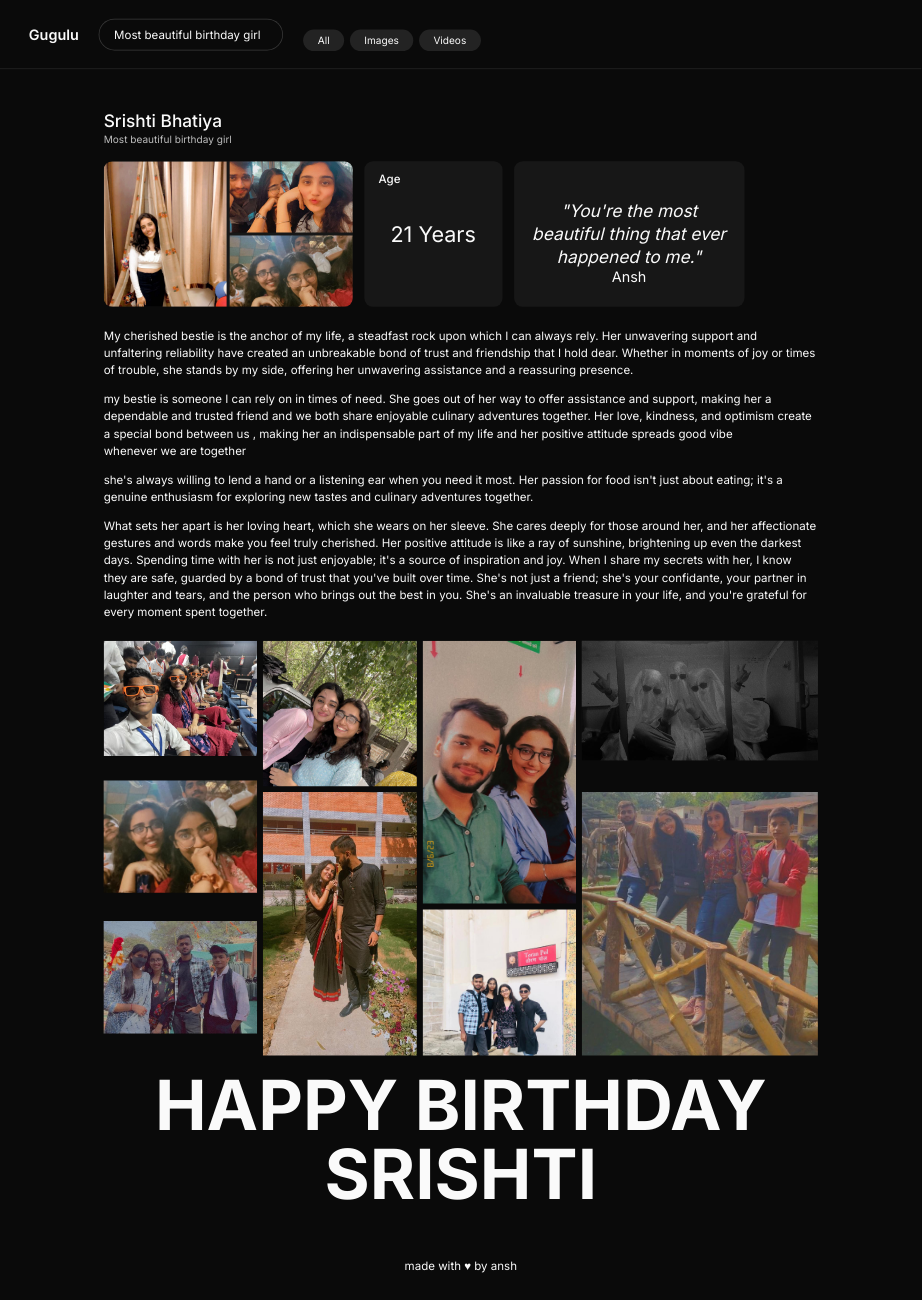
Repository: Harshgoel17/anshfinal
Page: /srishti
These files come from the project's save history. The page is drawn as it stood at one moment and after the next save; the edit follows.
The browser window is 1280 px wide. The pictures show the whole page, at 72% of full size.
The project was rebuilt for these pictures with package versions that can differ from the ones it lists, and the page was loaded fresh each time. The framework's server and built-in components were replaced by stand-ins that run in the browser. Also part of the build but not shown: next.config.js, lib/utils.js, components/ui/button.jsx.

Above is the page before, as saved 2023-10-06 18:12:47.

### app/layout.js
import "./globals.css";
import { Inter } from "next/font/google";

const inter = Inter({ subsets: ["latin"] });

export const metadata = {
  title: "Gugulu",
  description: "Generated by create next app",
};

export default function RootLayout({ children }) {
  return (
    <html lang="en">
      <body className={inter.className}>{children}</body>
    </html>
  );
}

### app/srishti/page.jsx
import Gallery from '@/components/Gallery'
import HappyBirthday from '@/components/HappyBirthday'
import Navbar from '@/components/Navbar'
import { Button } from '@/components/ui/button'
import React from 'react'

const page = () => {



  return (
    <div className='overflow-x-hidden'>
        <Navbar />
        <div className='py-8 lg:py-14 px-6 lg:px-36 gap-5 flex flex-col'>
            <div>
                <h1 className='text-2xl font-medium'>Srishti Bhatiya</h1>
                <p className='text-sm opacity-75'>Most beautiful birthday girl</p>
            </div>

            <div className='flex flex-col lg:flex-row items-center gap-4'>
                <div className='bg-neutral-900 w-[90vw] lg:w-[27vw] h-[28vh]  rounded-xl flex gap-1 overflow-hidden'>
                    <span className=' w-[50%] h-full relative overflow-hidden'>
                        <img src="images/84.jpg" alt="" className='absolute' />
                    </span>

                    <div className='flex flex-col gap-1 w-[50%] h-full overflow-hidden'>
                        <span className=' h-[50%] w-full relative overflow-hidden'>
                            <img src="images/71.jpg" alt="" className='absolute scale-[1.4]' />
                        </span>
                        <span className=' h-[50%] w-full relative overflow-hidden'>
                            <img src="images/33.jpg" alt="" className='absolute scale-[1.4]' />
                        </span>
                    </div>
                </div>

                <div className='bg-neutral-900 w-[92vw] lg:w-[15vw] lg:h-[28vh] h-[18vh]  rounded-xl flex gap-1 overflow-hidden items-center justify-center text-center px-5 lg:text-3xl text-2xl relative'>
                    <p className='absolute text-base top-3 left-5 font-medium'>Age</p>
                    <p>
                    21 Years
                    </p>
                </div>

                <div className='bg-neutral-900 lg:w-[25vw] h-[28vh]  rounded-xl flex gap-1 overflow-hidden items-center justify-center text-center px-5  relative'>
                        <p className='text-xl '><span className='italic text-2xl'>"You're the most beautiful thing that ever happened to me."</span>  <br /><span className='absolute bottom-7 left-[50%] translate-x-[-50%]'>
                        Ansh</span></p>
                </div>
            </div>

            <div className='text-lol py-2 flex flex-col gap-4'>
                <p>
                My cherished bestie is the anchor of my life, a steadfast rock upon which I can always rely. Her unwavering support and unfaltering reliability have created an unbreakable bond of trust and friendship that I hold dear. Whether in moments of joy or times of trouble, she stands by my side, offering her unwavering assistance and a reassuring presence.


                </p>

                <p>
                my bestie is someone I can rely on in times of need. She goes out of her way to offer assistance and support, making her a dependable and trusted friend and we both share enjoyable culinary adventures together. Her love, kindness, and optimism create a special bond between us , making her an indispensable part of my life and her positive attitude spreads good vibe whenever we are together


                </p>

                <p>
                she's always willing to lend a hand or a listening ear when you need it most. Her passion for food isn't just about eating; it's a genuine enthusiasm for exploring new tastes and culinary adventures together.



                </p>

                <p>
                What sets her apart is her loving heart, which she wears on her sleeve. She cares deeply for those around her, and her affectionate gestures and words make you feel truly cherished. Her positive attitude is like a ray of sunshine, brightening up even the darkest days. Spending time with her is not just enjoyable; it's a source of inspiration and joy.
When I share my secrets with her, I know they are safe, guarded by a bond of trust that you've built over time. She's not just a friend; she's your confidante, your partner in laughter and tears, and the person who brings out the best in you. She's an invaluable treasure in your life, and you're grateful for every moment spent together.
                </p>
            </div>

            <Gallery />

            <HappyBirthday />




            <div className='mt-12 mb-[-20px] text-center'>
                made with ♥ by ansh
            </div>
        </div>
    </div>
  )
}

export default page

### app/globals.css
@tailwind base;
@tailwind components;
@tailwind utilities;

@layer base {
  :root {
    --background: 0 0% 3.9%;
    --foreground: 0 0% 98%;

    --card: 0 0% 3.9%;
    --card-foreground: 0 0% 98%;

    --popover: 0 0% 3.9%;
    --popover-foreground: 0 0% 98%;

    --primary: 0 0% 98%;
    --primary-foreground: 0 0% 9%;

    --secondary: 0 0% 14.9%;
    --secondary-foreground: 0 0% 98%;

    --muted: 0 0% 14.9%;
    --muted-foreground: 0 0% 63.9%;

    --accent: 0 0% 14.9%;
    --accent-foreground: 0 0% 98%;

    --destructive: 0 62.8% 30.6%;
    --destructive-foreground: 0 0% 98%;

    --border: 0 0% 14.9%;
    --input: 0 0% 14.9%;
    --ring: 0 0% 83.1%;
  }

  .dark {
    --background: 0 0% 3.9%;
    --foreground: 0 0% 98%;

    --card: 0 0% 3.9%;
    --card-foreground: 0 0% 98%;

    --popover: 0 0% 3.9%;
    --popover-foreground: 0 0% 98%;

    --primary: 0 0% 98%;
    --primary-foreground: 0 0% 9%;

    --secondary: 0 0% 14.9%;
    --secondary-foreground: 0 0% 98%;

    --muted: 0 0% 14.9%;
    --muted-foreground: 0 0% 63.9%;

    --accent: 0 0% 14.9%;
    --accent-foreground: 0 0% 98%;

    --destructive: 0 62.8% 30.6%;
    --destructive-foreground: 0 0% 98%;

    --border: 0 0% 14.9%;
    --input: 0 0% 14.9%;
    --ring: 0 0% 83.1%;
  }
}

@layer base {
  * {
    @apply border-border;
  }
  body {
    @apply bg-background text-foreground;
  }
}

### components/Gallery.jsx
import React from 'react'

const Gallery = () => {
  return (
    <div className='h-[80vh] max-h-[80vh] flex gap-2'>
        <div className='grid grid-cols-3 gap-2 h-full  w-full flex-[2]  '>
            <div className='flex flex-col h-full w-full  gap-2'>
                <span className=' w-full h-full relative overflow-hidden'>
                    <img src="/images/34.jpg" alt="" className='absolute'/>
                </span>
                <span className=' w-full h-full relative overflow-hidden'>
                    <img src="/images/33.jpg" alt="" className='absolute scale-[1.6]'/>
                </span>
                <span className=' w-full h-full relative overflow-hidden'>
                    <img src="/images/25.jpg" alt="" className='absolute scale-[1.7]'/>
                </span>
            </div>

            <div className='flex flex-col h-full w-full  gap-2'>
                <span className=' w-full h-full flex-1 relative overflow-hidden'>
                    <img src="/images/79.jpg" alt="" className='absolute '/>
                </span>

                <span className=' w-full h-full flex-[1.8] relative overflow-hidden'>
                    <img src="/images/50.jpg" alt="" className='absolute '/>
                </span>
            </div>

            <div className='flex flex-col h-full w-full  gap-2'>
                <span className=' w-full h-full flex-[1.8] relative overflow-hidden'>
                    <img src="/images/89.jpg" alt="" className='absolute '/>
                </span>
                <span className=' w-full h-full flex-1 relative overflow-hidden'>
                    <img src="/images/36.jpg" alt="" className='absolute '/>
                </span>

            </div>


        </div>

        <div className='flex h-full flex-col w-full flex-1 gap-2  '>
            <span className=' w-full h-full flex-1 relative overflow-hidden'>
                    <img src="/images/13.jpg" alt="" className='absolute scale-[1.13]'/>
                </span>

                <span className=' w-full h-full flex-[1.8] relative overflow-hidden'>
                    <img src="/images/38.jpg" alt="" className='absolute translate-y-[-230px]'/>
                </span>
        </div>
    </div>
  )
}

export default Gallery

### components/HappyBirthday.jsx
import React from 'react'

const HappyBirthday = () => {
  return (
    <div className='text-8xl font-bold text-center'>
        HAPPY BIRTHDAY <span>SRISHTI</span>
    </div>
  )
}

export default HappyBirthday

### components/Navbar.jsx
import React from 'react'
import { Button } from "@/components/ui/button";

const Navbar = () => {
  return (
    <div className='flex h-32 lg:h-24 w-screen items-center justify-between border-b px-2 lg:px-10'>
        <div className='lg:flex-row flex-col lg:flex gap-7 items-center'>
            <h1 className='text-xl font-semibold hidden lg:block'>Gugulu</h1>
            <input type="text" className="bg-background border border-foreground/20 rounded-full h-11 w-[96vw] lg:w-[20vw] px-5" value={'Most beautiful birthday girl'}/>

            <div className='flex items-center justify-center mt-4 gap-2 text-sm'>
                <a href='/srishti' className='rounded-full bg-foreground/10 px-5 py-[5px] cursor-pointer'>All</a>
                <a href='/srishti/images' className='rounded-full bg-foreground/10 px-5 py-[5px] cursor-pointer'>Images</a>
                <a href='/srishti/videos' className='rounded-full bg-foreground/10 px-5 py-[5px] cursor-pointer'>Videos</a>
                {/*  */}
            </div>
        </div>
        {/* <div className='flex items-center gap-6'>
            <Button variant="outline" className="rounded-xl" >Sign In</Button>
        </div> */}
    </div>
  )
}

export default Navbar

Loaded but not shown: tailwind.config.js (common file)

After the next save:
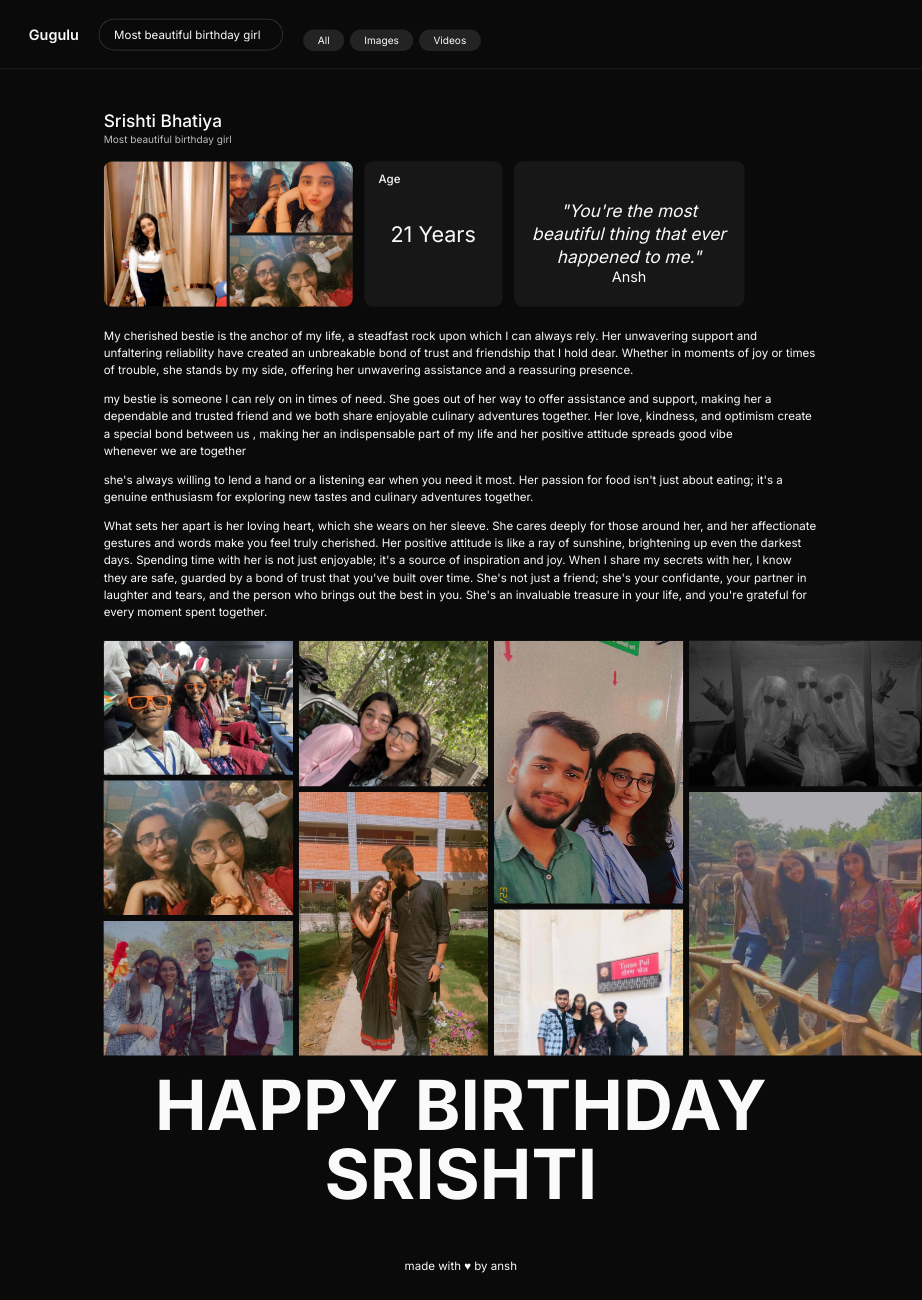
Saved 46 s later.
--- a/components/Gallery.jsx
+++ b/components/Gallery.jsx
@@ -2,7 +2,7 @@
 
 const Gallery = () => {
   return (
-    <div className='h-[80vh] max-h-[80vh] flex gap-2'>
+    <div className='h-[80vh] max-h-[80vh] w-[95vw] flex gap-2'>
         <div className='grid grid-cols-3 gap-2 h-full  w-full flex-[2]  '>
             <div className='flex flex-col h-full w-full  gap-2'>
                 <span className=' w-full h-full relative overflow-hidden'>

After the save that followed:
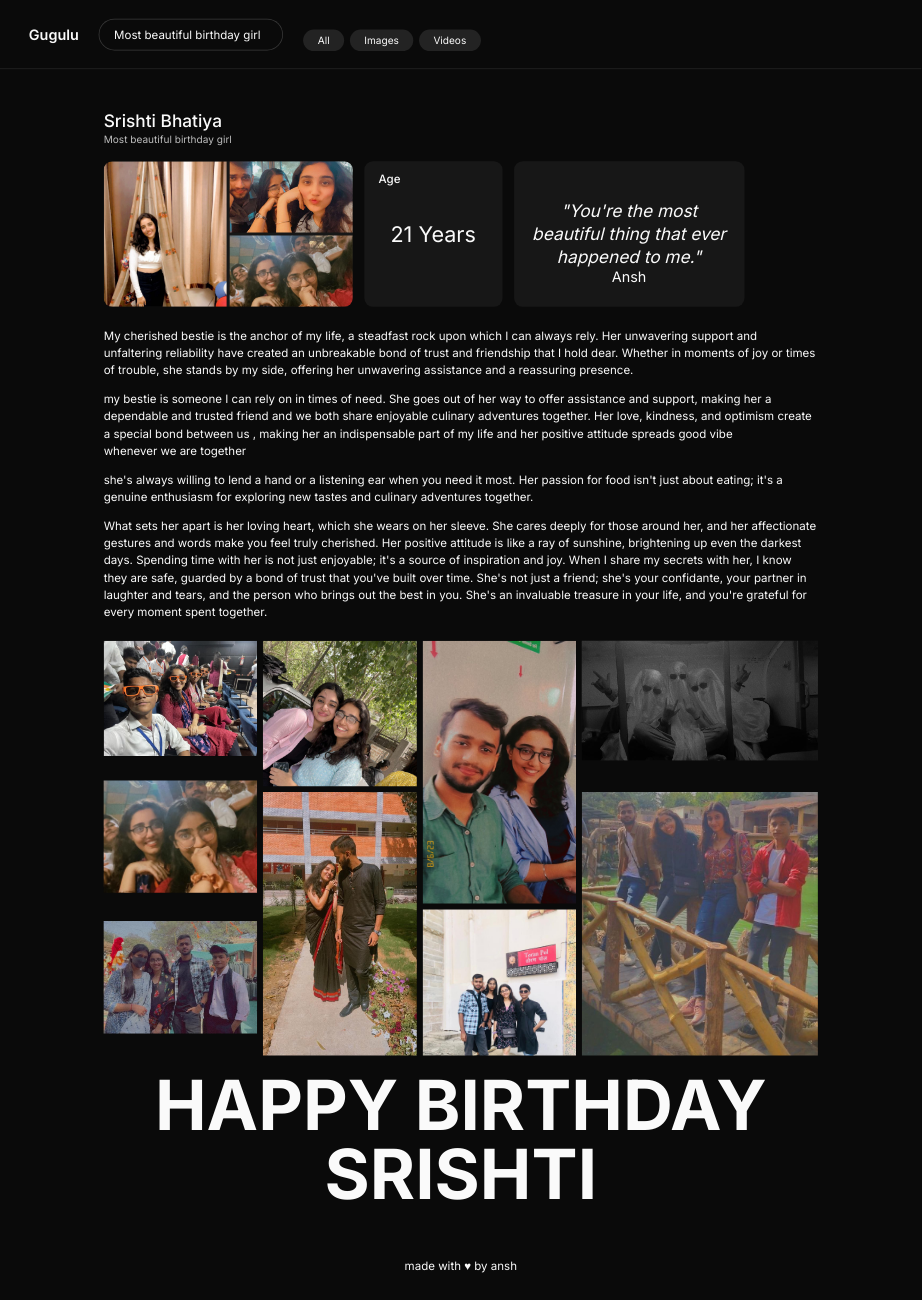
Saved 10 s later.
--- a/components/Gallery.jsx
+++ b/components/Gallery.jsx
@@ -2,7 +2,7 @@
 
 const Gallery = () => {
   return (
-    <div className='h-[80vh] max-h-[80vh] w-[95vw] flex gap-2'>
+    <div className='h-[80vh] max-h-[80vh] flex gap-2'>
         <div className='grid grid-cols-3 gap-2 h-full  w-full flex-[2]  '>
             <div className='flex flex-col h-full w-full  gap-2'>
                 <span className=' w-full h-full relative overflow-hidden'>
